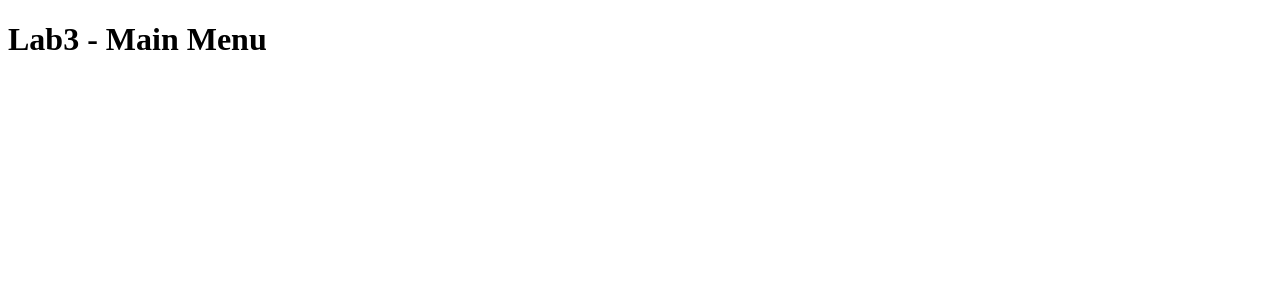
Repository: TRIBUI106/FPL_JAVA3_T1
Page: http://localhost/Lab3/
The author's editor kept a copy of each file at every save. The page is drawn from the files as they stood at one save, then again after the next save.
The browser window is 1280 px wide. The pictures show the whole page.
The page is served by Tomcat 10.

Above is the page before, as saved 2025-11-14 08:06:37.

After the next save:
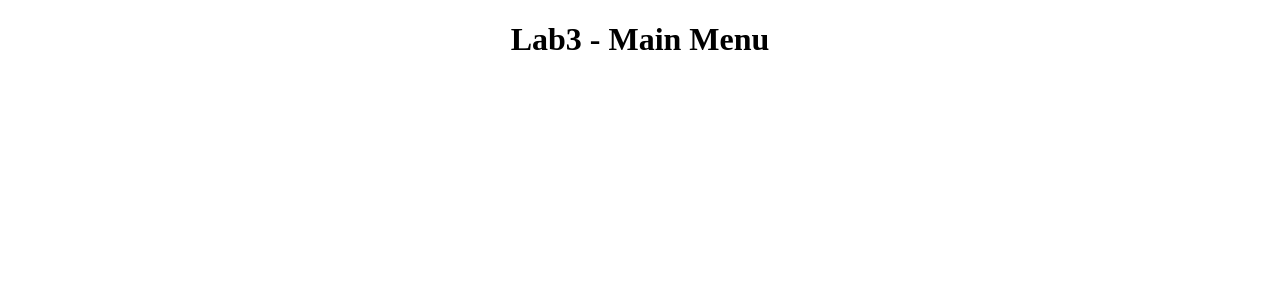
Saved 12 min 47 s later.
--- a/Lab3/src/main/webapp/index.jsp
+++ b/Lab3/src/main/webapp/index.jsp
@@ -8,7 +8,7 @@
 </head>
 <body>
 
-	<h1>Lab3 - Main Menu</h1>
+	<h1 style="text-align: center;">Lab3 - Main Menu</h1>
 
 
 
